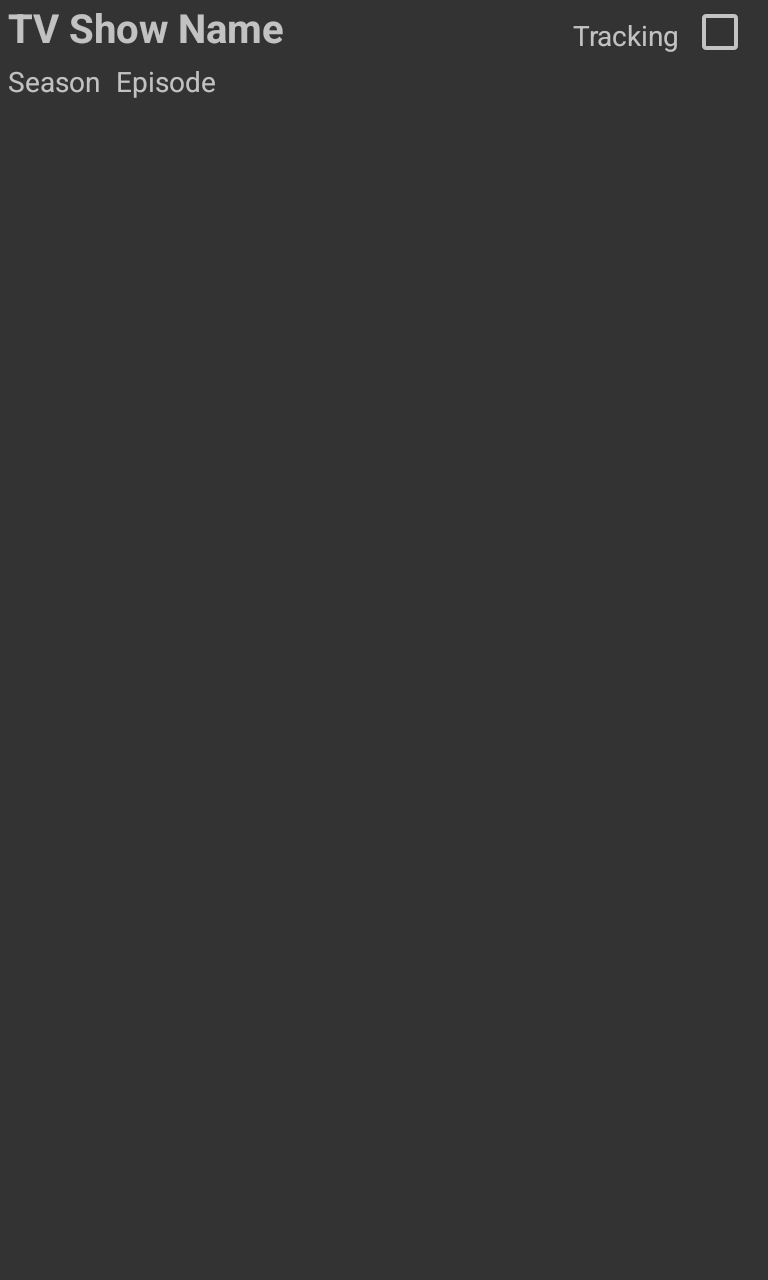
Repository: Jeedan/learning-android-apps
Layout: TvShowTracker/res/layout/list_item_tvshow.xml
These files come from the project's save history. The layout is drawn as it stood at one moment and after the next save; the edit follows.
It is drawn on a 768 x 1280 px phone screen (xhdpi) without system bars, with theme AppTheme; the app's code is not run. The app's manifest (not shown) leaves right-to-left support off. So textAlignment, textDirection and layoutDirection are ignored, and left and right values win over start and end ones.

Above is the layout before, as saved 2014-10-29 15:05:03.

After the next save:
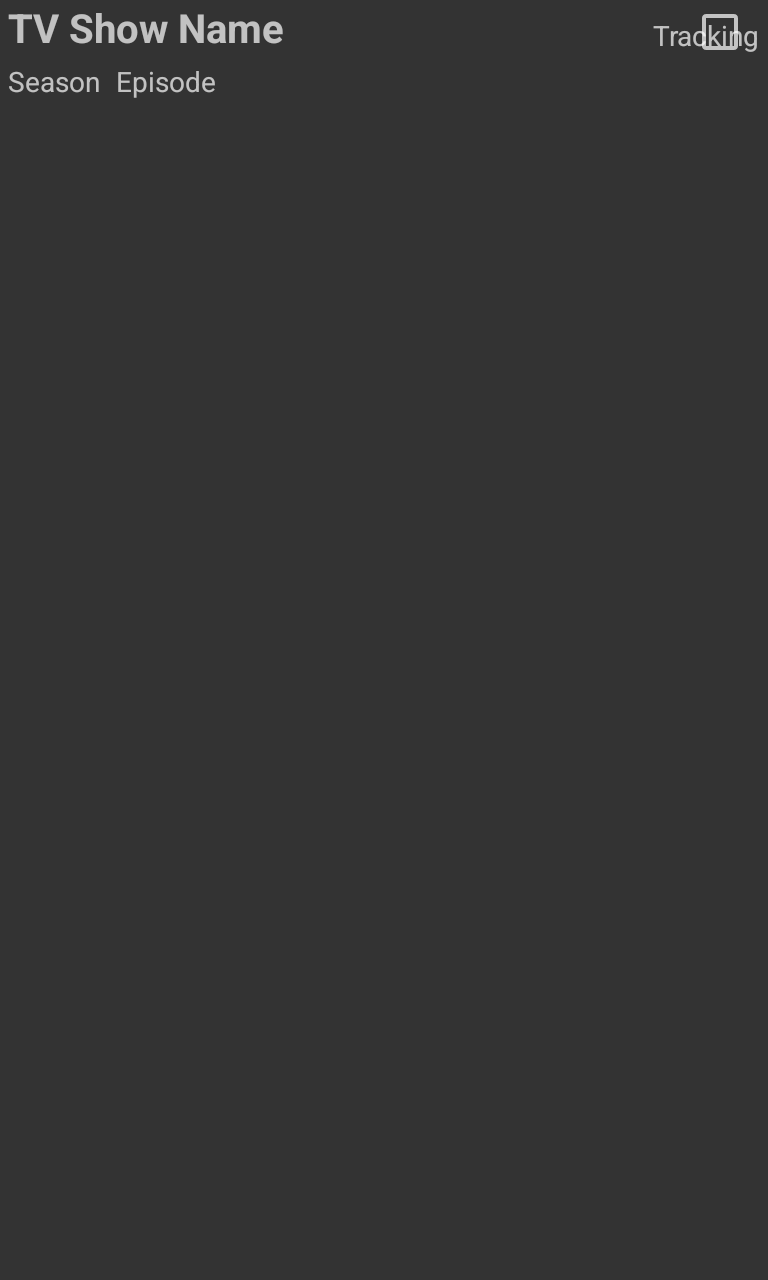
Saved 2 min 4 s later.
--- a/TvShowTracker/res/layout/list_item_tvshow.xml
+++ b/TvShowTracker/res/layout/list_item_tvshow.xml
@@ -26,6 +26,8 @@
         android:id="@+id/tracking_text_View"
         android:layout_width="wrap_content"
         android:layout_height="wrap_content"
+        android:layout_alignParentRight="true"
+        android:layout_alignParentEnd="true"
         android:layout_toStartOf="@id/tracked_tv_show_check_box"
         android:layout_toLeftOf="@id/tracked_tv_show_check_box"
         android:paddingLeft="4dp"

After the save that followed:
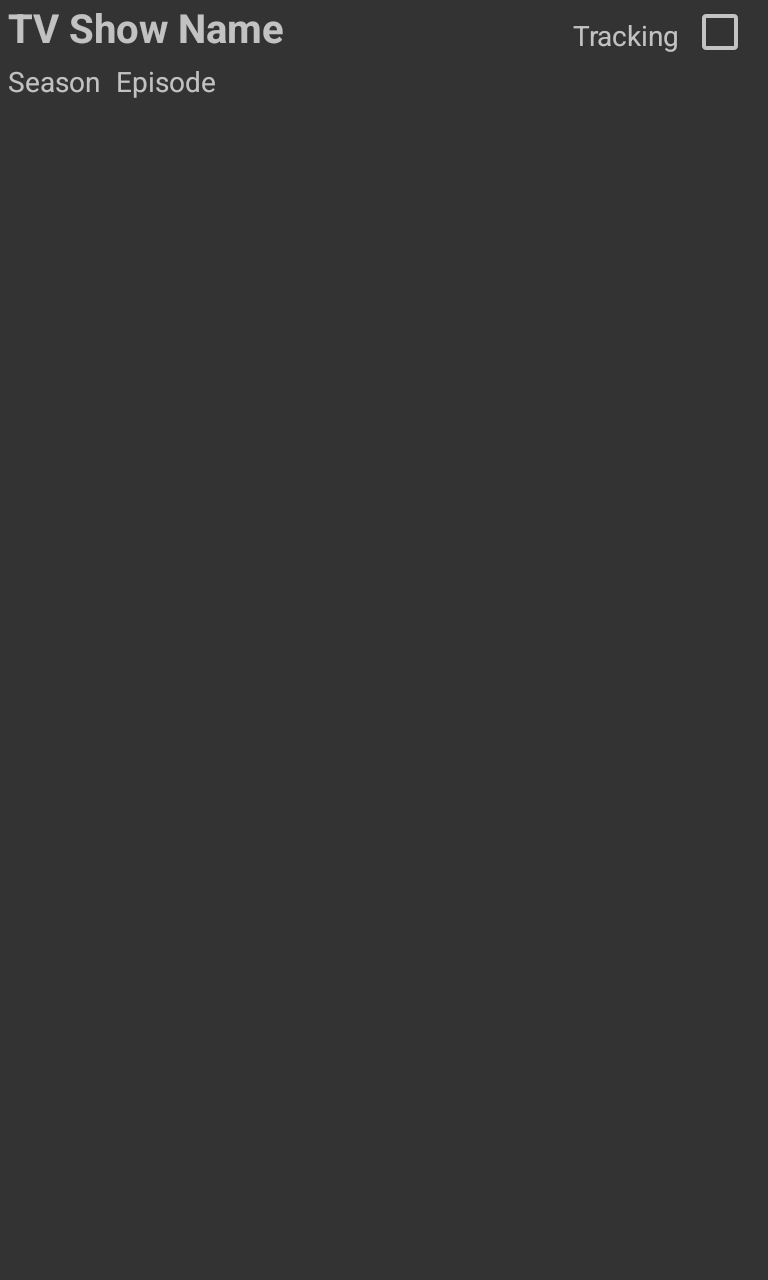
Saved 9 s later.
--- a/TvShowTracker/res/layout/list_item_tvshow.xml
+++ b/TvShowTracker/res/layout/list_item_tvshow.xml
@@ -26,8 +26,6 @@
         android:id="@+id/tracking_text_View"
         android:layout_width="wrap_content"
         android:layout_height="wrap_content"
-        android:layout_alignParentRight="true"
-        android:layout_alignParentEnd="true"
         android:layout_toStartOf="@id/tracked_tv_show_check_box"
         android:layout_toLeftOf="@id/tracked_tv_show_check_box"
         android:paddingLeft="4dp"
